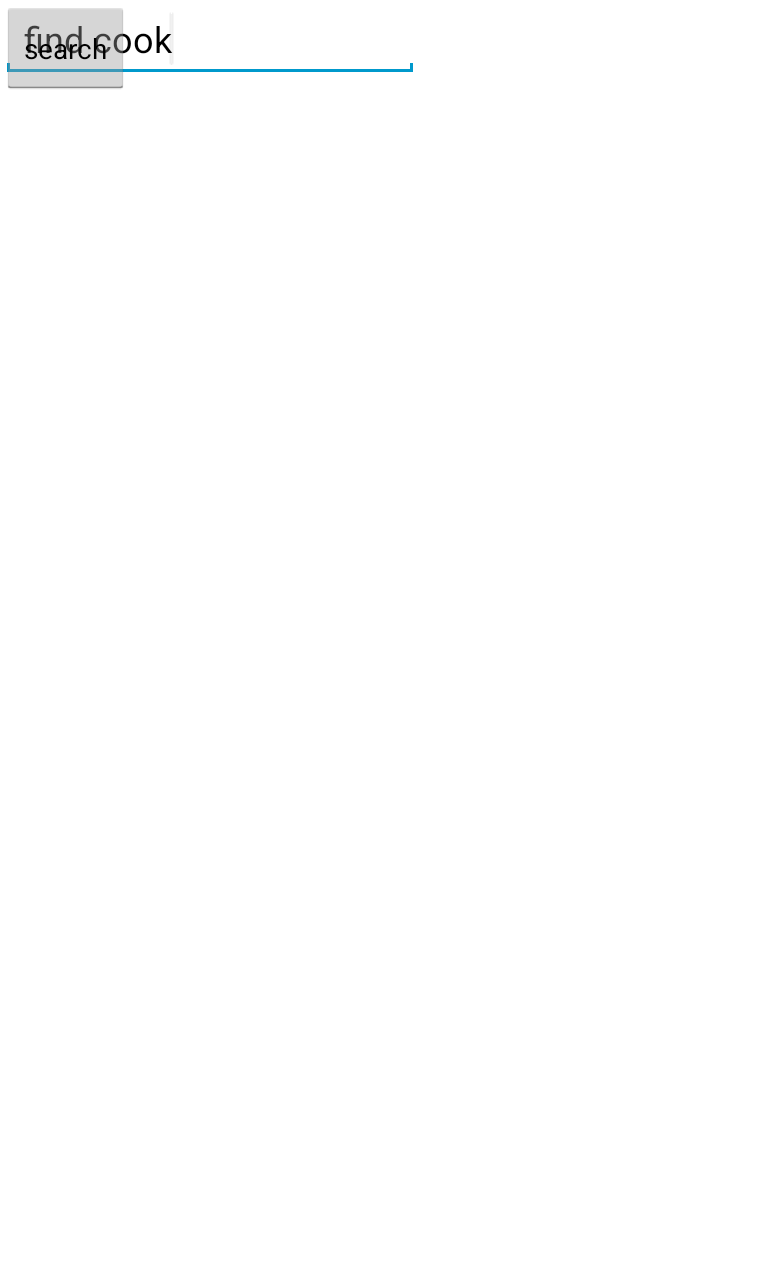
Repository: KnightFreedom/cookcook
Layout: client/CookCook/res/layout/browse_activity.xml
These files come from the project's save history. The layout is drawn as it stood at one moment and after the next save; the edit follows.
It is drawn on a 768 x 1280 px phone screen (xhdpi) without system bars, with theme AppTheme; the app's code is not run.

Above is the layout before, as saved 2017-05-11 10:24:21.

### client/CookCook/res/layout/browse_activity.xml
<?xml version="1.0" encoding="utf-8"?>
<LinearLayout xmlns:android="http://schemas.android.com/apk/res/android"
    android:layout_width="match_parent"
    android:layout_height="match_parent"
    android:orientation="vertical" >

    <RelativeLayout
        android:layout_width="match_parent"
        android:layout_height = "wrap_content"
        android:orientation="horizontal" >

        <AutoCompleteTextView
            android:id="@+id/searchTxt"
            android:layout_width="wrap_content"
            android:layout_height="wrap_content"
            android:layout_alignParentLeft = "true"
            android:ems="10"
            android:text="find cook" >

            <requestFocus />
        </AutoCompleteTextView>

        <Button
            android:id="@+id/searchBtn"
            style="?android:attr/buttonStyleSmall"
            android:layout_width="wrap_content"
            android:layout_height="wrap_content"
            android:text="search"
            />

    </RelativeLayout>

</LinearLayout>

Loaded but not shown: client/CookCook/res/values/styles.xml (common file); client/CookCook/res/values-v11/styles.xml (common file); client/CookCook/res/values-v14/styles.xml (common file)

After the next save:
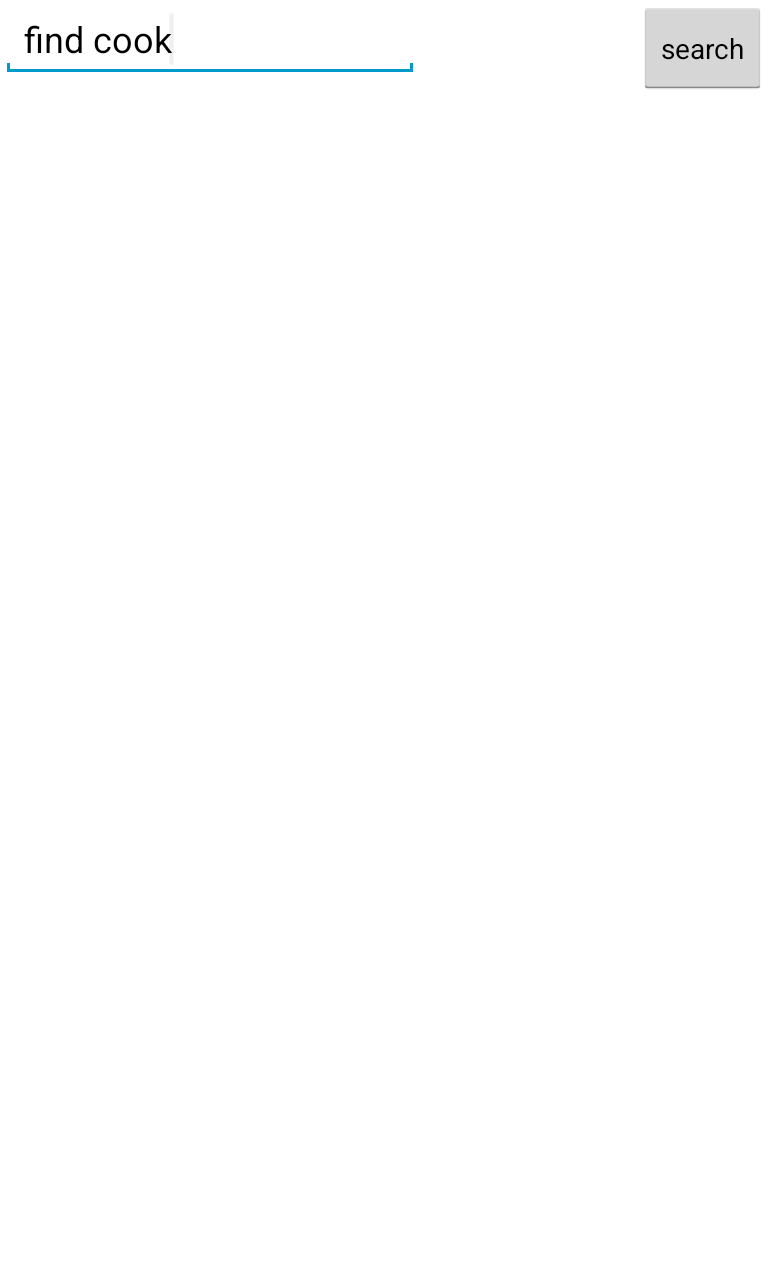
Saved 13 s later.
--- a/client/CookCook/res/layout/browse_activity.xml
+++ b/client/CookCook/res/layout/browse_activity.xml
@@ -25,6 +25,7 @@
             style="?android:attr/buttonStyleSmall"
             android:layout_width="wrap_content"
             android:layout_height="wrap_content"
+            android:layout_alignParentRight="true"
             android:text="search"
             />
 
